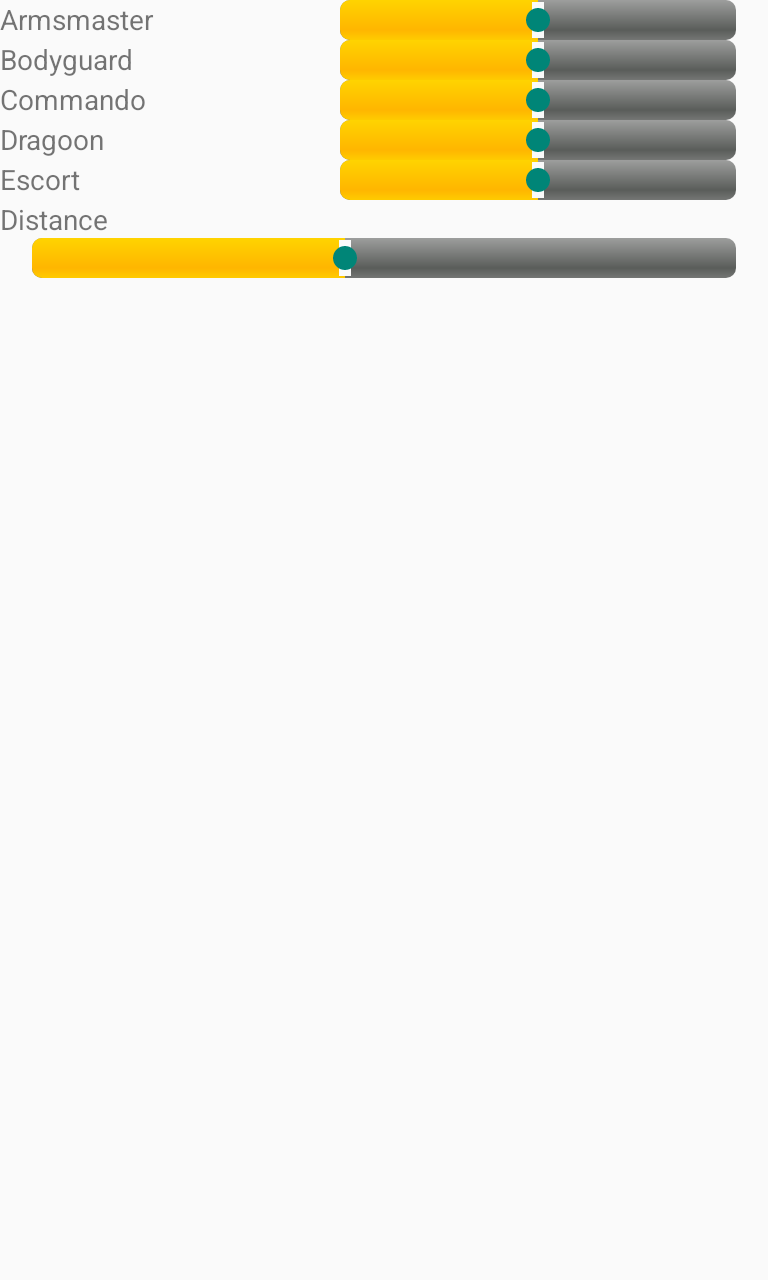
Repository: bryanpope/TARR
Layout: workspace/helloworld/res/layout/activity_hello_world.xml
An editor plug-in stored every save of this project. The layout is shown before and after the next save, followed by the edit.
It is drawn on a 768 x 1280 px phone screen (xhdpi) without system bars, with theme AppTheme; the app's code is not run.

Above is the layout before, as saved 2014-06-01 22:19:13.

After the next save:
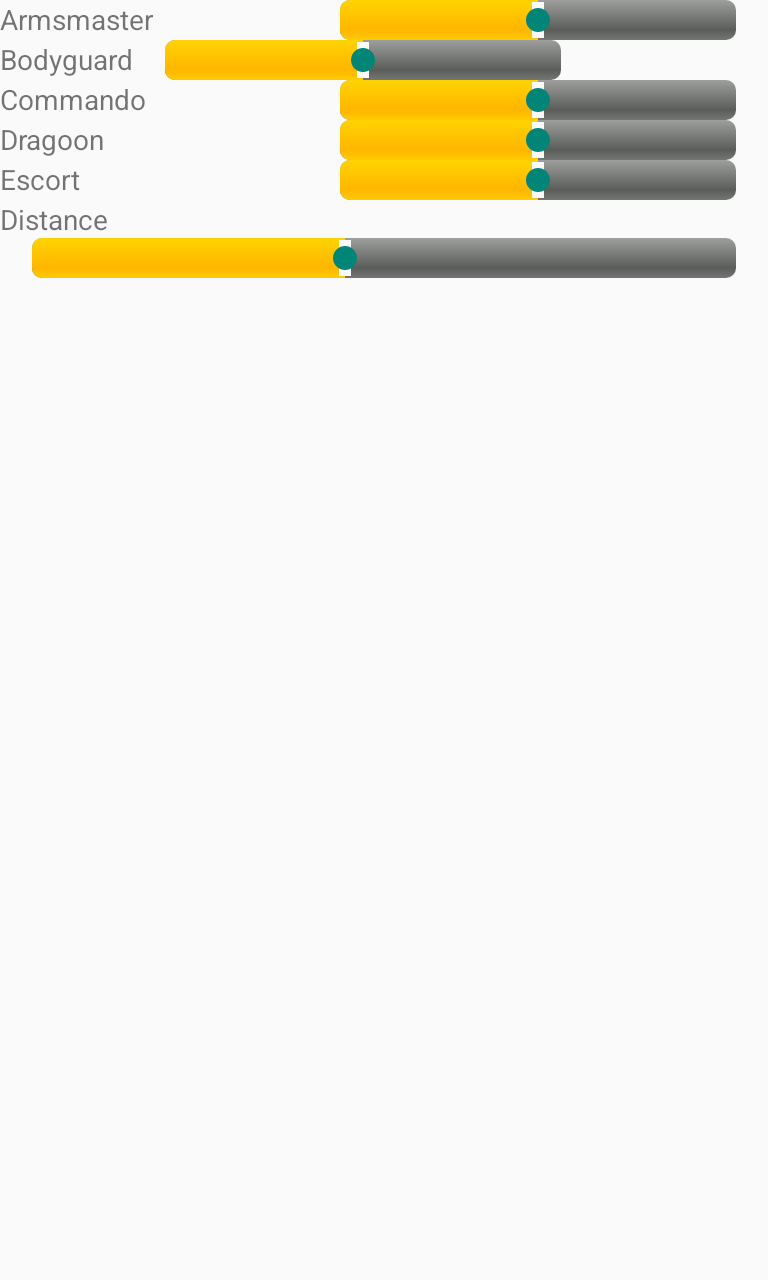
Saved 46 s later.
--- a/workspace/helloworld/res/layout/activity_hello_world.xml
+++ b/workspace/helloworld/res/layout/activity_hello_world.xml
@@ -23,7 +23,7 @@
 	        android:secondaryProgress="0" />
     </LinearLayout>
 	<LinearLayout
-              android:layout_width="fill_parent"
+              android:layout_width="wrap_content"
               android:layout_height="wrap_content"
               android:orientation="horizontal" >
 
@@ -106,7 +106,9 @@
 	        android:id="@+id/textDistance"
 	        android:layout_width="fill_parent"
 	        android:layout_height="wrap_content"
+	        android:layout_gravity="center_horizontal"
 	        android:text="Distance" />
+
 	    <SeekBar
 	        android:id="@+id/seekBarDistance"
 	        style="@android:style/Widget.ProgressBar.Horizontal"
